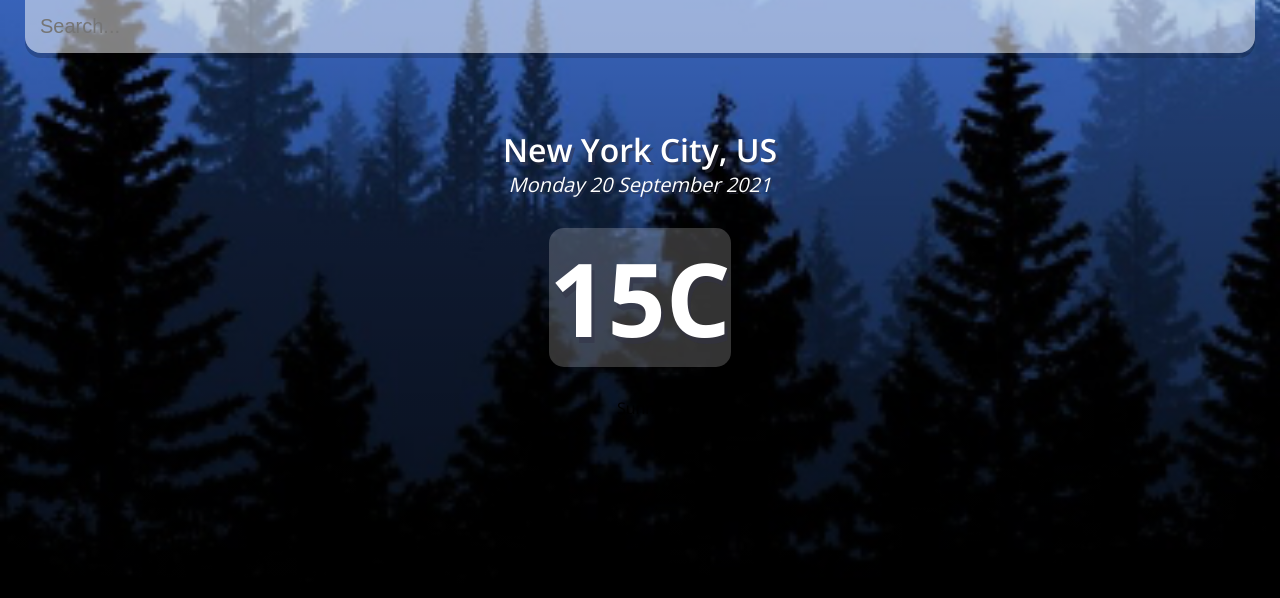
Repository: kate30980/weather-app-reactjs
Page: /
An editor plug-in stored every save of this project. The page is shown before and after the next save, followed by the edit.
The browser window is 1280 px wide. The pictures show the whole page.
The project was rebuilt for these pictures with package versions that can differ from the ones it lists, and the page was loaded fresh each time. Also part of the build but not shown: src/App.css.

Above is the page before, as saved 2021-09-20 15:39:31.

### src/index.css
@import url('https://fonts.googleapis.com/css2?family=Open+Sans:wght@400;600;700&display=swap');
*{
  margin: 0;
  padding: 0;
  box-sizing: border-box;
}
body{
  font-family: 'Open Sans', sans-serif;
}
.app{
  background-image: url('./assets/cold-bg.jpg');
  background-size: cover;background-position: bottom;
  transition: 0.4 ease-out;
}
.app.warm{
  background-image: url('./assets/warm-bg.jpg');
}

main{
  min-height:100vh;
  background-image:linear-gradient(to bottom,rgba(0,0,0,0.2), rgba(0,0,0,0.75));
  padding:25px;
}
.search-box{
  width: 100%;
  margin: 0 0 75px;
}
.search-box .search-bar{
  display: block;
  width: 100%;
  padding: 15px;


  appearance: none;
  background: none;
  border:none;
  outline: none;

  background-color:rgba(255,255,255,0.5);
  border-radius: 0px 0px 16px 16px;
  margin-top: -25px;

  box-shadow: 0px 5px rgba(0,0,0,0.2);

  color: #313131;font-size: 20px;
  transition: 0.4s ease;
}

.search-box .search-bar:focus{
  background-color: rgba(255,255,255,0.75);
}

.location-box .location{
  color: #fff;
  font-size: 32px;
  font-weight: 600;
  text-align: center;
  text-shadow: 3px 3px rgba(50,50,70,0.5);
}
.location-box .date{
  color: #fff;
  font-size: 20px;
  font-weight: 400;
  font-style: italic;
  text-align: center;
  text-shadow: 2px 2px rgba(50,50,70,0.5);
}

.weather-box{
  text-align: center;
}
.weather-box .temp{
  position: relative;
  display: inline-block;
  margin: 30px auto;
  background-color: rgba(255,255,255,0.2);
  border-radius: 15px;

  color: #fff;
  font-size: 102px;
  font-weight: 700;

  text-align: center;
  text-shadow: 3px 6px rgba(50,50,70,0.5);
  box-shadow: 3px 6px rgba(0,0,0,0.2);
}

### src/App.js
import "./App.css";

const api = {
  key: "0b4b084c05f00dbbb02cf63625716327",
  base: "https://api.openweathermap.org/data/2.5/",
};

function App() {
  const dateBuilder = (d) => {
    let months = [
      "January",
      "February",
      "March",
      "April",
      "May",
      "June",
      "July",
      "August",
      "September",
      "October",
      "November",
      "December",
    ];
    let days = [
      "Sunday",
      "Monday",
      "Tuesday",
      "Wednesday",
      "Thursday",
      "Friday",
      "Saturday",
    ];

    let day = days[d.getDay()];
    let date = d.getDate();
    let month = months[d.getMonth()];
    let year = d.getFullYear();
    return `${day} ${date} ${month} ${year}`;
  };
  return (
    <div className="app">
      <main>
        <div className="search-box">
          <input type="text" className="search-bar" placeholder="Search..." />
        </div>
        <div className="location-box">
          <div className="location">New York City, US</div>
          <div className="date">{dateBuilder(new Date())}</div>
        </div>
        <div className="weather-box">
          <div className="temp">15C</div>
          <div className="weather">Sunny</div>
        </div>
      </main>
    </div>
  );
}

export default App;

Loaded but not shown: public/index.html (common file); src/index.js (common file); src/reportWebVitals.js (common file)

After the next save:
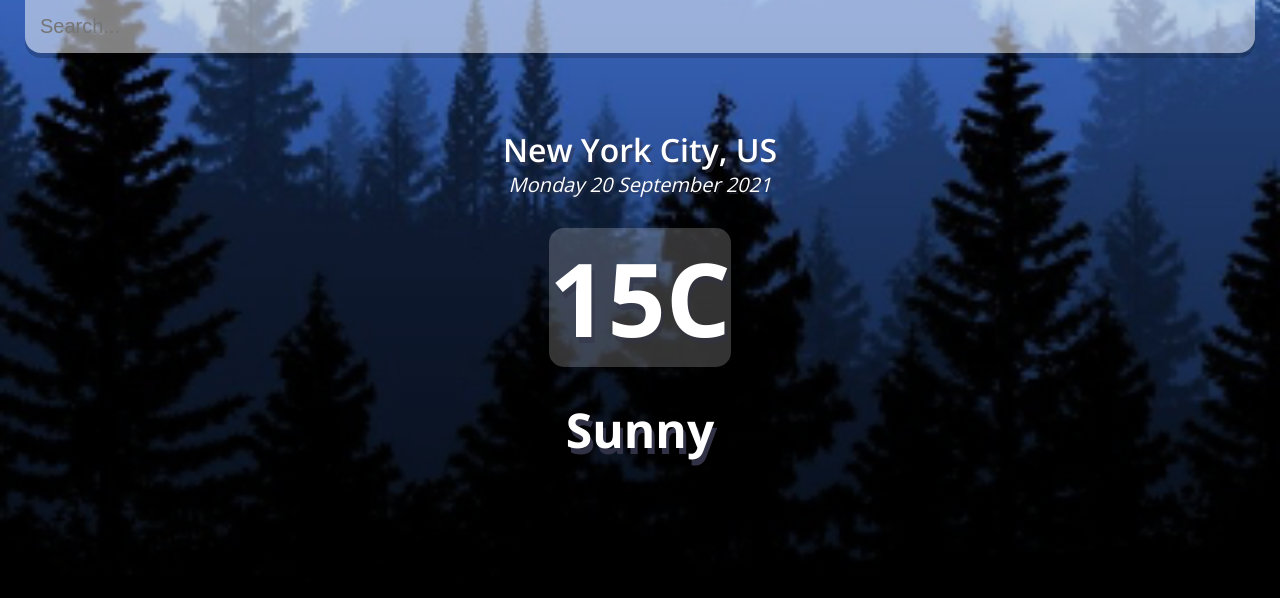
Saved 32 s later.
--- a/src/index.css
+++ b/src/index.css
@@ -84,3 +84,10 @@ main{
   text-shadow: 3px 6px rgba(50,50,70,0.5);
   box-shadow: 3px 6px rgba(0,0,0,0.2);
 }
+
+.weather-box .weather{
+  color: #fff;
+  font-size: 48px;
+  font-weight: 700;
+  text-shadow: 3px 6px rgba(50,50,70,05);
+}
